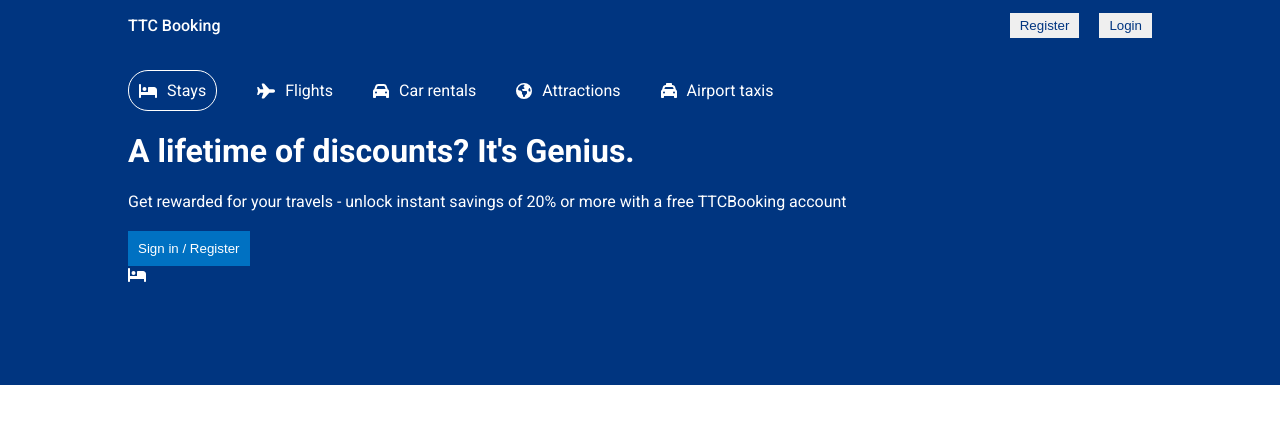
Repository: CarsonDev1/booking-app
Page: /
An editor plug-in stored every save of this project. The page is shown before and after the next save, followed by the edit.
The browser window is 1280 px wide. The pictures show the whole page.
The project was rebuilt for these pictures with package versions that can differ from the ones it lists, and the page was loaded fresh each time. Also part of the build but not shown: src/pages/home/home.css, src/pages/hotel/Hotel.jsx, src/pages/list/List.jsx.

Above is the page before, as saved 2022-12-03 00:58:39.

### public/index.html
<!DOCTYPE html>
<html lang="en">

<head>
  <meta charset="utf-8" />
  <link rel="icon" href="%PUBLIC_URL%/favicon.ico" />
  <meta name="viewport" content="width=device-width, initial-scale=1" />
  <meta name="theme-color" content="#000000" />
  <meta name="description" content="Web site created using create-react-app" />
  <link rel="apple-touch-icon" href="%PUBLIC_URL%/logo192.png" />
  <!--
      manifest.json provides metadata used when your web app is installed on a
      user's mobile device or desktop. See https://developers.google.com/web/fundamentals/web-app-manifest/
    -->
  <link rel="manifest" href="%PUBLIC_URL%/manifest.json" />
  <link rel="preconnect" href="https://fonts.googleapis.com">
  <link rel="preconnect" href="https://fonts.gstatic.com" crossorigin>
  <link
    href="https://fonts.googleapis.com/css2?family=Poppins:ital,wght@0,400;0,500;0,600;0,700;0,800;1,400;1,500;1,600;1,700&family=Roboto:ital,wght@0,300;0,400;0,500;0,700;1,300;1,400;1,500;1,700&display=swap"
    rel="stylesheet">
  <!--
      Notice the use of %PUBLIC_URL% in the tags above.
      It will be replaced with the URL of the `public` folder during the build.
      Only files inside the `public` folder can be referenced from the HTML.

      Unlike "/favicon.ico" or "favicon.ico", "%PUBLIC_URL%/favicon.ico" will
      work correctly both with client-side routing and a non-root public URL.
      Learn how to configure a non-root public URL by running `npm run build`.
    -->
  <title>React App</title>
</head>

<body>
  <noscript>You need to enable JavaScript to run this app.</noscript>
  <div id="root"></div>
  <!--
      This HTML file is a template.
      If you open it directly in the browser, you will see an empty page.

      You can add webfonts, meta tags, or analytics to this file.
      The build step will place the bundled scripts into the <body> tag.

      To begin the development, run `npm start` or `yarn start`.
      To create a production bundle, use `npm run build` or `yarn build`.
    -->
</body>

</html>

### src/index.css
body {
	margin: 0;
	padding: 0;
	box-sizing: border-box;
	font-family: "Roboto", sans-serif;
}

### src/App.js
import { BrowserRouter, Routes, Route } from "react-router-dom";
import Home from "./pages/home/Home";
import Hotel from "./pages/hotel/Hotel";
import List from "./pages/list/List";
function App() {
	return (
		<BrowserRouter>
			<Routes>
				<Route path="/" element={<Home />} />
				<Route path="/hotels" element={<List />} />
				<Route path="/hotels/:id" element={<Hotel />} />
			</Routes>
		</BrowserRouter>
	);
}

export default App;

### src/pages/home/Home.jsx
import Header from "../../components/header/Header";
import Navbar from "../../components/navbar/Navbar";
import "./home.css";

const Home = () => {
	return (
		<div>
			<Navbar />
			<Header />
		</div>
	);
};

export default Home;

### src/components/header/Header.jsx
import {
	faBed,
	faCar,
	faEarth,
	faMountain,
	faPlane,
	faTaxi,
} from "@fortawesome/free-solid-svg-icons";
import { FontAwesomeIcon } from "@fortawesome/react-fontawesome";
import "./header.css";

const Header = () => {
	return (
		<div className="header">
			<div className="headerContainer">
				<div className="headerList">
					<div className="headerListItem active">
						<FontAwesomeIcon icon={faBed} />
						<span>Stays</span>
					</div>
					<div className="headerListItem">
						<FontAwesomeIcon icon={faPlane} />
						<span>Flights</span>
					</div>
					<div className="headerListItem">
						<FontAwesomeIcon icon={faCar} />
						<span>Car rentals</span>
					</div>
					<div className="headerListItem">
						<FontAwesomeIcon icon={faEarth} />
						<span>Attractions</span>
					</div>
					<div className="headerListItem">
						<FontAwesomeIcon icon={faTaxi} />
						<span>Airport taxis</span>
					</div>
				</div>
				<h1 className="headerTitle">
					A lifetime of discounts? It's Genius.
				</h1>
				<p className="headerDesc">
					Get rewarded for your travels - unlock instant savings of
					20% or more with a free TTCBooking account
				</p>
				<button className="headerBtn">Sign in / Register</button>
				<div className="headerSearch">
					<div className="headerSearchItem">
						<FontAwesomeIcon icon={faBed} className="headerIcon" />
					</div>
				</div>
			</div>
		</div>
	);
};

export default Header;

### src/components/navbar/Navbar.jsx
import "./navbar.css";

const NavBar = () => {
	return (
		<div className="navbar">
			<div className="navContainer">
				<span className="logo">TTC Booking</span>
				<div className="navItems">
					<button className="navButton">Register</button>
					<button className="navButton">Login</button>
				</div>
			</div>
		</div>
	);
};

export default NavBar;

### src/components/header/header.css
.header {
	background-color: #003580;
	color: white;
	display: flex;
	justify-content: center;
}
.headerContainer {
	width: 100%;
	max-width: 1024px;
	margin: 20px 0px 100px 0px;
}
.headerList {
	display: flex;
	gap: 40px;
}
.headerListItem {
	display: flex;
	align-items: center;
	gap: 10px;
}
.headerListItem.active {
	border: 1px solid white;
	padding: 10px;
	border-radius: 20px;
}
.headerDesc {
	margin: 20px 0px;
}
.headerBtn {
	background-color: #0071c2;
	color: white;
	font-weight: 500;
	border: none;
	padding: 10px;
	cursor: pointer;
}

### src/components/navbar/navbar.css
.navbar {
	height: 50px;
	background-color: #003580;
	display: flex;
	justify-content: center;
}
.navContainer {
	width: 100%;
	max-width: 1024px;
	color: white;
	display: flex;
	align-items: center;
	justify-content: space-between;
}
.logo {
	font-weight: 500;
}
.navButton {
	margin-left: 20px;
	border: none;
	padding: 5px 10px;
	cursor: pointer;
	color: #003580;
}

Loaded but not shown: src/index.js (common file)

After the next save:
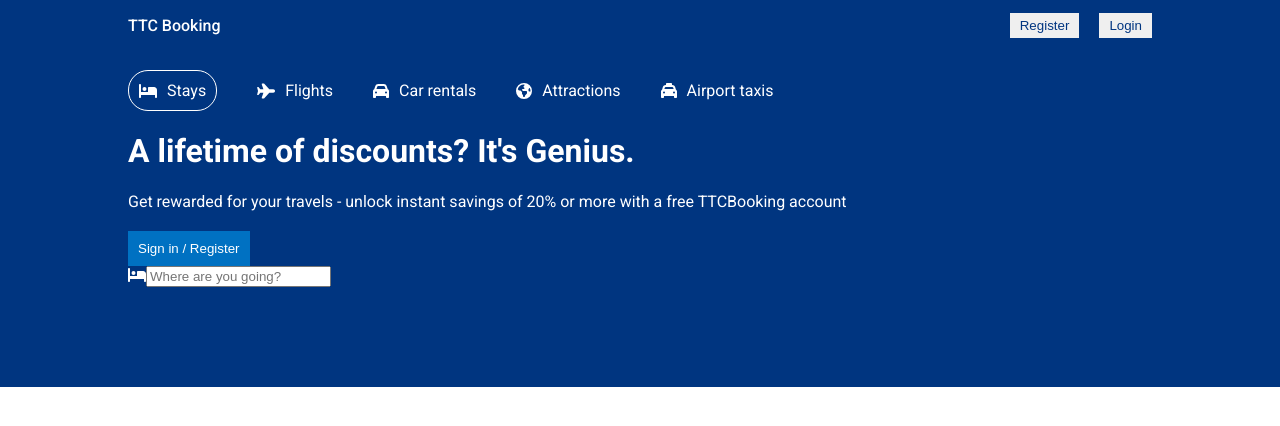
Saved 35 s later.
--- a/src/components/header/Header.jsx
+++ b/src/components/header/Header.jsx
@@ -46,6 +46,11 @@ const Header = () => {
 				<div className="headerSearch">
 					<div className="headerSearchItem">
 						<FontAwesomeIcon icon={faBed} className="headerIcon" />
+						<input
+							type="text"
+							placeholder="Where are you going?"
+							className="headerSearchInput"
+						/>
 					</div>
 				</div>
 			</div>
